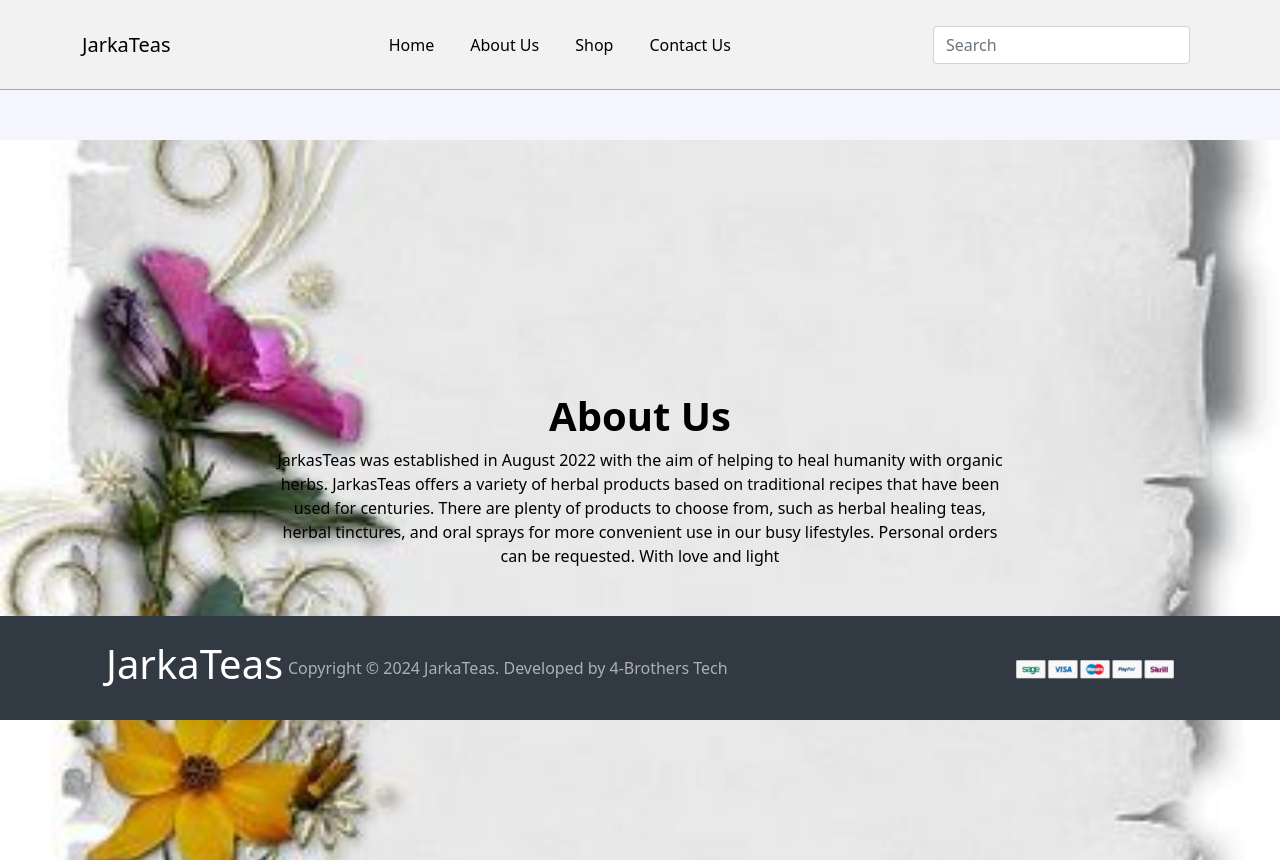
Repository: ZainAkbar51214/jarka
Page: about-us.html
An editor plug-in stored every save of this project. The page is shown before and after the next save, followed by the edit.
The browser window is 1280 px wide. The pictures show the whole page.
Some web libraries are served in a nearby version.

Above is the page before, as saved 2024-06-15 10:58:45.

### about-us.html
<!DOCTYPE html>
<html lang="en">

<head>
    <meta charset="UTF-8">
    <meta name="viewport" content="width=device-width, initial-scale=1.0">
    <title>About Us</title>
    <!-- jquery cdn -->
    <script src="https://ajax.googleapis.com/ajax/libs/jquery/3.2.1/jquery.min.js"></script>

    <!-- Bootstrap cdn -->
    <link href="https://cdn.jsdelivr.net/npm/bootstrap@5.0.2/dist/css/bootstrap.min.css" rel="stylesheet"
        integrity="sha384-EVSTQN3/azprG1Anm3QDgpJLIm9Nao0Yz1ztcQTwFspd3yD65VohhpuuCOmLASjC" crossorigin="anonymous">

    <!-- Fontawesome cdn -->
    <link rel="stylesheet" href="https://cdnjs.cloudflare.com/ajax/libs/font-awesome/6.4.0/css/all.min.css"
        integrity="sha512-iecdLmaskl7CVkqkXNQ/ZH/XLlvWZOJyj7Yy7tcenmpD1ypASozpmT/E0iPtmFIB46ZmdtAc9eNBvH0H/ZpiBw=="
        crossorigin="anonymous" referrerpolicy="no-referrer" />
    <!-- custom css -->
    <link rel="stylesheet" href="css/style.css">
    <!-- responsive css -->
    <link rel="stylesheet" href="css/responsive.css">

    <!-- slider  -->
    <link rel="stylesheet" href="https://cdnjs.cloudflare.com/ajax/libs/slick-carousel/1.8.1/slick-theme.css"
        integrity="sha512-6lLUdeQ5uheMFbWm3CP271l14RsX1xtx+J5x2yeIDkkiBpeVTNhTqijME7GgRKKi6hCqovwCoBTlRBEC20M8Mg=="
        crossorigin="anonymous" referrerpolicy="no-referrer" />
    <link rel="stylesheet" href="https://cdnjs.cloudflare.com/ajax/libs/slick-carousel/1.8.1/slick-theme.min.css"
        integrity="sha512-17EgCFERpgZKcm0j0fEq1YCJuyAWdz9KUtv1EjVuaOz8pDnh/0nZxmU6BBXwaaxqoi9PQXnRWqlcDB027hgv9A=="
        crossorigin="anonymous" referrerpolicy="no-referrer" />
    <link rel="stylesheet" href="https://cdnjs.cloudflare.com/ajax/libs/slick-carousel/1.8.1/slick.css"
        integrity="sha512-wR4oNhLBHf7smjy0K4oqzdWumd+r5/+6QO/vDda76MW5iug4PT7v86FoEkySIJft3XA0Ae6axhIvHrqwm793Nw=="
        crossorigin="anonymous" referrerpolicy="no-referrer" />
    <link rel="stylesheet" href="https://cdnjs.cloudflare.com/ajax/libs/slick-carousel/1.8.1/slick.min.css"
        integrity="sha512-yHknP1/AwR+yx26cB1y0cjvQUMvEa2PFzt1c9LlS4pRQ5NOTZFWbhBig+X9G9eYW/8m0/4OXNx8pxJ6z57x0dw=="
        crossorigin="anonymous" referrerpolicy="no-referrer" />

</head>

<body>
    <div class="container-fluid nav_main">
        <div class="container">
            <div class="row">
                <div class="col-md-12">
                    <nav class="navbar navbar-expand-lg navbar-light">
                        <a class="navbar-brand" href="index.html"> JarkaTeas</a>
                        <button class="navbar-toggler" type="button" data-bs-toggle="collapse"
                            data-bs-target="#navbarSupportedContent" aria-controls="navbarSupportedContent"
                            aria-expanded="false" aria-label="Toggle navigation">
                            <span class="navbar-toggler-icon"></span>
                        </button>
                        <div class="collapse navbar-collapse" id="navbarSupportedContent">
                            <ul class="navbar-nav nav_ul mx-auto mb-2 mb-lg-0">
                                <li class="nav-item">
                                    <a class="nav-link active" aria-current="page" href="index.html">Home</a>
                                </li>
                                <li class="nav-item">
                                    <a class="nav-link" href="about-us.html">About Us</a>
                                </li>
                                <li class="nav-item">
                                    <a class="nav-link" href="shop.html">Shop</a>
                                </li>
                                <li class="nav-item">
                                    <a class="nav-link" href="contact-us.html">Contact Us</a>
                                </li>



                            </ul>
                            <form class="d-flex search-nav">
                                <input class="form-control me-2" type="search" placeholder="Search" aria-label="Search">
                            </form>
                        </div>
                    </nav>
                </div>
            </div>
        </div>
    </div>


    <!-- Hero Section start -->
    <div class="container-fluid about-hero about-hero-bg">
        <div class="container">
            <div class="row">
                <div class="col-md-12 text-center about-hero-text">
                    <h1><b>About Us</b></h1>
                    <div class="row">
                        <div class="col-md-2"></div>
                        <div class="col-md-8 about-hero-text-para">
                            <p>JarkasTeas was established in August 2022 with the aim of helping to heal humanity with
                                organic herbs. JarkasTeas offers a variety of herbal products based on traditional
                                recipes that have been used for centuries. There are plenty of products to choose from,
                                such as herbal healing teas, herbal tinctures, and oral sprays for more convenient use
                                in our busy lifestyles. Personal orders can be requested.


                                With love and light</p>
                        </div>
                        <div class="col-md-2"></div>
                    </div>
                </div>

                <div class="col-md-12 about-hero-img">
                    <!-- <img src="img/about-hero-sec.jpeg" width="100%" alt=""> -->
                </div>
            </div>
        </div>
    </div>

    <!-- Approximately Section -->

    <!-- <div class="container-fluid approximately">
        <div class="container">
            <div class="row d-flex align-items-center">
                <div class="col-md-6 approximately-img-col">
                    <img src="img/Detox Tea .JPG" width="90%" alt="">
                </div>
                <div class="col-md-6 approximately-text-col">
                    <p>KNOW ABOUT JarkaTeas</p>
                    <h1><b>Approximately <span>30K+ Products</span> available on JarkaTeas.</b></h1>
                    <p>On the other hand, we denounce with righteous indignation and dislike men who are so beguiled and
                        demoralized by the charms of pleasure of the moment blinded by desire, that they cannot foresee
                        the pain and trouble that are bound to ensuea equal blame belongs to weakness.</p>
                    <div class="row approximately-second-row">
                        <div class="col-md-6">
                            <h4><b>Our Mission</b></h4>
                            <p>At vero eos et accusamus et iusto odio dignissimos ducimus quinditiis praesentium
                                voluptatum.</p>
                        </div>
                        <div class="col-md-6">
                            <h4><b>Our Vission</b></h4>
                            <p>But I must explain to you how this mistaken idea of denouncing leasure and praising pain
                                was born</p>
                        </div>
                    </div>
                </div>
            </div>
        </div>
    </div> -->


    <!-- Get your answer -->
    <!-- <div class="container-fluid question-mark">
        <div class="container">
            <div class="row">
                <div class="col-md-4">
                    <div class="box-about">
                        <img src="img/question mark.png" width="58px" alt="">
                        <p>Get your answer to frequently asked questions</p>
                        <a href="">Learn More &nbsp; <i class="fa-solid fa-arrow-right"></i></a>
                    </div>
                </div>
                <div class="col-md-4">
                    <div class="box-about">
                        <img src="img/icon.png" width="58px" alt="">
                        <p>Get your answer to frequently asked questions</p>
                        <a href="">Learn More &nbsp; <i class="fa-solid fa-arrow-right"></i></a>
                    </div>
                </div>
                <div class="col-md-4">
                    <div class="box-about">
                        <img src="img/contact us.png" width="58px" alt="">
                        <p>Get your answer to frequently asked questions</p>
                        <a href="">Learn More &nbsp; <i class="fa-solid fa-arrow-right"></i></a>
                    </div>
                </div>
            </div>
        </div>
    </div> -->


    <!-- Footer -->
    <div class="container-fluid footer-bg" style="position: absolute; top: auto; bottom: 0; left: 0; right: 0;">
        <div class="container">

            <div class="row p-4 align-items-center">
                <div class="col-md-2">
                    <h1> JarkaTeas</h1>
                </div>
                <div class="col-md-8 footer-last">
                    <span class="para">Copyright © 2024 JarkaTeas. Developed by 4-Brothers Tech</span>
                </div>
                <div class="col-md-2 d-flex align-items-end">
                    <a href=""><img src="img/Payment 1.png" width="100%" alt=""></a>
                </div>
            </div>
        </div>
    </div>


    <!-- Bootstrap script -->
    <script src="https://cdn.jsdelivr.net/npm/@popperjs/core@2.9.2/dist/umd/popper.min.js"
        integrity="sha384-IQsoLXl5PILFhosVNubq5LC7Qb9DXgDA9i+tQ8Zj3iwWAwPtgFTxbJ8NT4GN1R8p" crossorigin="anonymous">
    </script>
    <script src="https://cdn.jsdelivr.net/npm/bootstrap@5.0.2/dist/js/bootstrap.min.js"
        integrity="sha384-cVKIPhGWiC2Al4u+LWgxfKTRIcfu0JTxR+EQDz/bgldoEyl4H0zUF0QKbrJ0EcQF" crossorigin="anonymous">
    </script>

</body>

</html>

### css/responsive.css
@media (max-width: 1199px) {
    .counter-bor {
        width: 70px;
    }
}

@media (max-width: 991px) {
    .nav_main {
        background-color: #F2F2F2;
        height: auto;
        display: flex;
        align-items: center;
        border-bottom: none;
    }

    #thumbnails img {
        width: 100px;
        height: 100px;
        margin: 2px;
        cursor: pointer;
        padding: 10px;
    }
}

@media (max-width: 780px) {
    .nav_main {
        background-color: #F2F2F2;
        height: auto;
        display: flex;
        align-items: center;
        border-bottom: none;
    }
}

@media (max-width: 780px) {
    .shoping-cart-flex {
        display: flex;
        justify-content: start;
        align-items: center;
    }
}

@media (max-width: 767px) {
    .input-col .btn-all {
        margin-top: 0px !important;
        width: 100%;
        height: 47px;
        margin-top: 10px !important;
    }
}

@media (max-width: 475px) {
    .sec-bg {
        background-image: url(../img/WhatsApp\ Image\ 2024-06-10\ at\ 10.41.28\ PM.jpeg);
        background-position: center;
        background-repeat: no-repeat;
        background-size: cover;
        width: 100%;
        min-height: 200px;
        display: flex;
        align-items: center;
        margin-top: 30px;
        padding: 0px;
        border-radius: 0px;
    }
    .shop-bg{
        background-position: center !important;
    }

    #thumbnails img {
        width: 85px;
        height: 85px;
        margin: 2px;
        cursor: pointer;
        padding: 10px;
    }
    #main{
        height: 100%!important;
        padding: 0 !important;
    }


    .wrapper {
        padding: 10px 0;
    }

    .right_nav a {
        margin: 5px;
    }

    .bg-linear {
        background-image: linear-gradient(to right, rgba(217, 217, 217, 0.68), rgba(217, 217, 217, 0));
        border-radius: 20px;
    }

    .bg-linear img {
        z-index: -1;
        position: relative;
        border-radius: 20px;
        width: 100%;
    }

    .lookout-col-two {
        margin-top: 30px;
    }

    .box img {
        width: 100%;
    }

    .btn-all {
        background-color: #2F5D98;
        border-radius: 100px;
        font-size: 16px;
        padding-left: 20px;
        padding-right: 20px;
        margin-top: 20px;
        border: transparent !important;
    }

    .btn-all:hover {
        background-color: #2F5D98;
    }

    .shop-our {
        margin-top: 50px;
    }

    .slick-prev {
        display: none !important;
    }

    .slick-next {
        display: none !important;
    }

    .my-slider {
        padding: 0px;
    }
    .my-slider2 {
        padding: 5px;
    }
    .my-slider2 .slick-list .slick-track .slick-slide div .row .col-md-6 img{
        margin-left: 25px !important;
    }
    .review-col{
        text-align: center;
        margin-left: 25px;
    }
    .footer-col-1 {
        display: flex;
        justify-content: center;
    }

    .footer-col-2 {
        text-align: center;
        margin-top: 20px;
    }

    .company-footer h5 {
        opacity: 0.6;
        margin-top: 50px;
    }

    .footer-right h5 {
        margin-top: 50px;
    }

    .input-col button {
        margin-top: 20px !important;
        width: 100%;
        height: 47px;
    }

    .input-col {
        display: flex;
        justify-content: center;
        align-items: center;
        flex-direction: row;
    }

    .leave-review-input-row{
        margin-top: 0;
    }

    /* About Css */
    .about-hero-img {
        margin-top: 0px;
        order: -1;
    }

    .about-hero-text {
        margin-top: 20px;
    }

    .approximately-img-col img {
        width: 100% !important;
    }

    .approximately-text-col {
        margin-top: 20px;
        text-align: center;
    }

    .btn-cart {
        display: flex;
        justify-content: center;
        margin-top: 20px;
    }
}

@media (max-width: 320px) {
    .bg-linear {
        background-image: linear-gradient(to right, rgba(217, 217, 217, 0.68), rgba(217, 217, 217, 0));
        border-radius: 20px;
    }

    .bg-linear img {
        z-index: -1;
        position: relative;
        border-radius: 20px;
        width: 100%;
    }

    .my-slider {
        padding: 10px;
    }

    .lookout-col-two {
        margin-top: 30px;
    }

    .box img {
        width: 100%;
    }

    .box h6 {
        font-size: 10px;
    }

    .box p {
        font-size: 10px;
    }

    .star {
        display: flex;
        width: 60px;
        margin: 0 auto;

    }

    #star {
        font-size: 14px;
        flex: 1;
        text-align: center;
        cursor: pointer;
        border-radius: 100%;
        transition: 1s;
        margin-bottom: 10px;
    }

    .btn-all {
        background-color: #2F5D98;
        border-radius: 100px;
        font-size: 10px;
        padding-left: 10px;
        padding-right: 10px;
        margin-top: 20px;
        border: transparent !important;
    }

    .btn-all:hover {
        background-color: #2F5D98;
    }

    .review-col {
        margin-top: 50px;
    }

    .footer-col-1 {
        display: flex;
        justify-content: center;
    }

    .footer-col-2 {
        text-align: center;
        margin-top: 20px;
    }

    .company-footer h5 {
        opacity: 0.6;
        margin-top: 50px;
    }

    #thumbnails img {
        width: 80px;
        height: 80px;
        margin: 2px;
        cursor: pointer;
        padding: 10px;
    }

    .people-comment-col h5 {
        font-weight: 400;
        font-size: 17px !important;
        margin-top: 20px;
    }

    .leave-review-col-main .star #star {
        font-size: 10px;
    }
}

Loaded but not shown: css/style.css (1519 lines, source omitted)

After the next save:
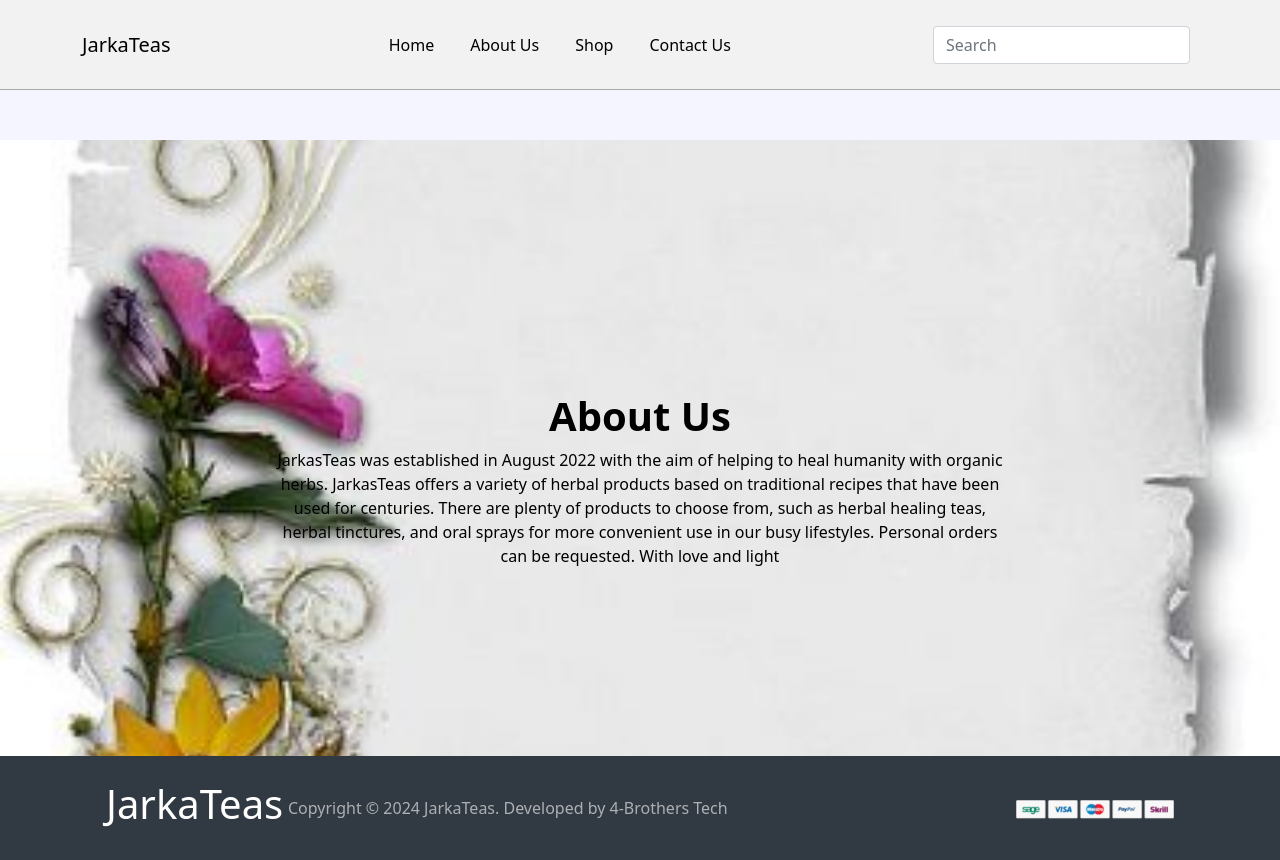
Saved 22 s later.
--- a/about-us.html
+++ b/about-us.html
@@ -37,7 +37,7 @@
 
 </head>
 
-<body>
+<body style="position: relative;">
     <div class="container-fluid nav_main">
         <div class="container">
             <div class="row">
